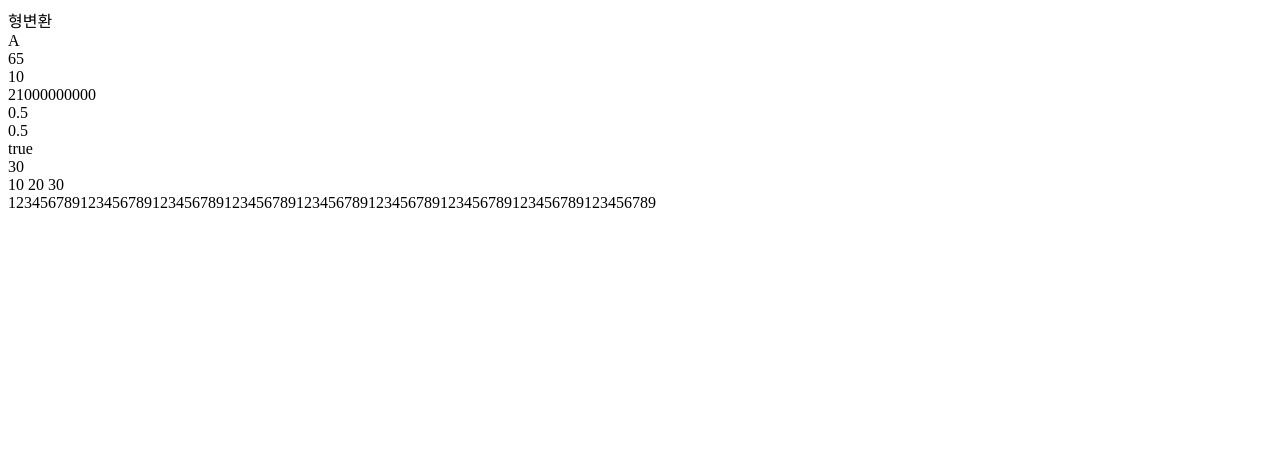
Repository: jeong3/Real_Time_Date
Page: http://localhost/jspGrammar1/Grammar1.jsp
These files come from the project's save history. The page is drawn as it stood at one moment and after the next save; the edit follows.
The browser window is 1280 px wide. The pictures show the whole page.
The page is served by Tomcat 9.

Above is the page before, as saved 2024-08-30 05:16:06.

### eclipse/eclipse-workspace/jspGrammar1/src/main/webapp/Grammar1.jsp
<%@ page language="java" contentType="text/html; charset=UTF-8"
    pageEncoding="UTF-8"%>
<!DOCTYPE html>
<html>
<head>
<meta charset="UTF-8">
<title>Insert title here</title>
</head>
<body>
	형변환 <br />
	<%= (char)65 %><br />
	<%= (int)'A' %><br />
	<%
	int i = 10;
	out.print(i + "<br />");
	long l = 210000000;
	l = 21000000000L;
	out.print(l+"<br />");
	float f = 0.5f;
	out.print(f+"<br />");
	double d = 0.5;
	out.print(d+"<br />");
	boolean bl = true;
	out.print (bl+"<br />");
	String str = "10";
	String str1 = "20";
	out.print(Integer.parseInt(str) + Integer.parseInt(str1)+"<br />");
	Integer i1 = 10; //boxing
	i = i1; //unboxing

	//배열
	int [] arrayInt = new int[3];
	arrayInt[0] = 10;
	arrayInt[1] = 20;
	arrayInt[2] = 30;
	for(int val : arrayInt){
		out.print(val+" ");
	}

	%><br />
	<%
	int tr = 1;
	while(tr <= 9){
		out.print("<tr>");
		int td = 1;
		while(td <= 9){
			out.print("<td>"+td+"<td>");
			td++;
		}
		out.print("</tr>");
		tr++;

	}
	%>

</body>
</html>

After the next save:
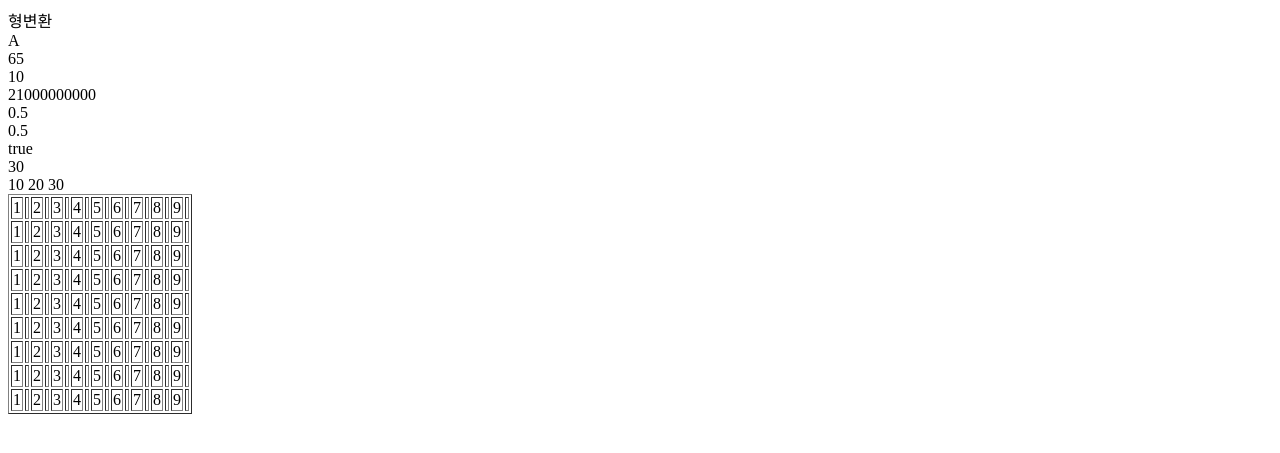
Saved 53 s later.
--- a/eclipse/eclipse-workspace/jspGrammar1/src/main/webapp/Grammar1.jsp
+++ b/eclipse/eclipse-workspace/jspGrammar1/src/main/webapp/Grammar1.jsp
@@ -38,7 +38,9 @@
 	}
 
 	%><br />
+	<table border="1">
 	<%
+
 	int tr = 1;
 	while(tr <= 9){
 		out.print("<tr>");
@@ -52,6 +54,6 @@
 
 	}
 	%>
-
+	</table>
 </body>
 </html>
